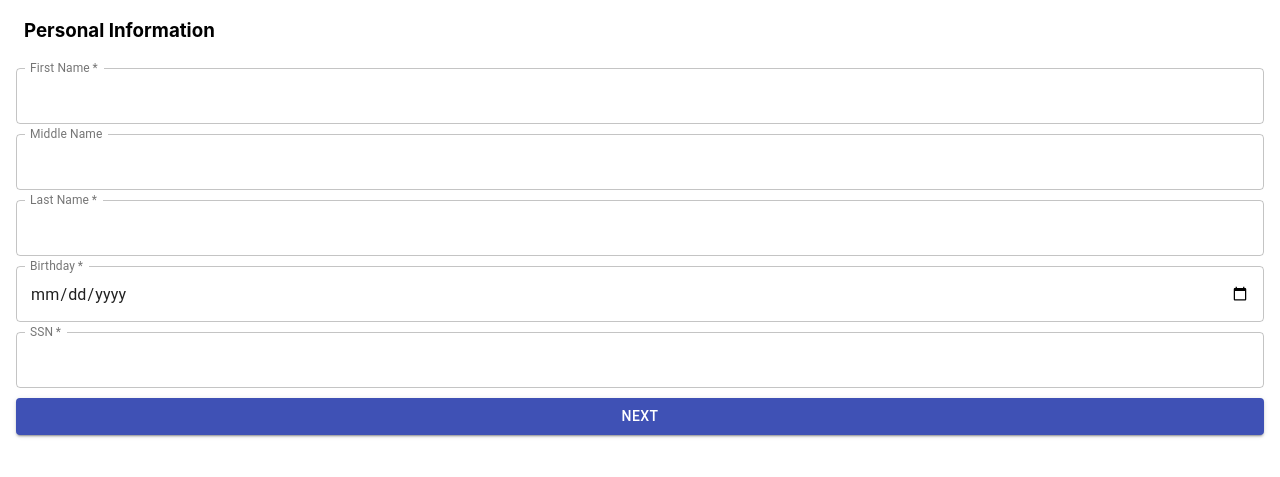
Repository: chathuraedirisingh/rr
Page: /
An editor plug-in stored every save of this project. The page is shown before and after the next save, followed by the edit.
The browser window is 1280 px wide. The pictures show the whole page.
The project was rebuilt for these pictures with package versions that can differ from the ones it lists, and the page was loaded fresh each time. Also part of the build but not shown: src/components/FormContactDetails.js, src/components/FormEmployerDetails.js, src/components/Confirm.js.

Above is the page before, as saved 2019-12-18 02:35:08.

### src/App.js
import React, { Component } from 'react'
import UserForm from './components/UserForm'

export default class App extends Component {
  render() {
    return (
      <UserForm />
    )
  }
}

### src/components/UserForm.js
import React, { Component } from 'react'
import FormPersonalDetails from './FormPersonalDetails';
import FormContactDetails from './FormContactDetails';
import FormEmployerDetails from './FormEmployerDetails';
import Confirm from './Confirm';

export default class UserForm extends Component {
    state = {
        step: 1,
        firstname: "",
        middlename: "",
        lastname: "",
        birthday: '',
        ssn: "",
        email: "",
        phone: "",
        address: "",
        city: "",
        state: "",
        zip: "",
        employed: "",
        employer_name: "",
        job_title: "",
        emp_phone: "",
        income: "",
        start_date: "",
        income_ext: ""
    };

    nextStep = () => {
        const { step } = this.state;
        this.setState({
            step: step + 1
        });
        console.log(this.state);
    };

    prevStep = () => {
        const { step } = this.state;
        this.setState({
            step: step - 1
        });
    };

    handleChange = input => e => {
        this.setState({
            [input]: e.target.value
        });
    };

    render() {
        const { step } = this.state;
        const {
            firstname,
            middlename,
            lastname,
            birthday,
            ssn,

            email,
            phone,
            address,
            city,
            state,
            zip,

            employed,
            employer_name,
            job_title,
            emp_phone,
            income,
            start_date,
            income_ext
        } = this.state;

        const values = {
            firstname,
            middlename,
            lastname,
            birthday,
            ssn,
            email,
            phone,
            address,
            city,
            state,
            zip,
            employed,
            employer_name,
            job_title,
            emp_phone,
            income,
            start_date,
            income_ext
        };

        switch (step) {
            case 1:
                return (
                    <FormPersonalDetails
                        nextStep={this.nextStep}
                        handleChange={this.handleChange}
                        values={values}
                    />
                )

            case 2:
                return (
                    <FormContactDetails
                        nextStep={this.nextStep}
                        prevStep={this.prevStep}
                        handleChange={this.handleChange}
                        values={values}
                    />
                )
            case 3:
                return (
                    <FormEmployerDetails
                        nextStep={this.nextStep}
                        prevStep={this.prevStep}
                        handleChange={this.handleChange}
                        values={values}
                    />
                )

                case 4:
                return (
                    <Confirm
                        nextStep={this.nextStep}
                        prevStep={this.prevStep}
                        handleChange={this.handleChange}
                        values={values}
                    />
                )
        }

        return (
            <div>

            </div>
        )
    }
}

### src/components/FormPersonalDetails.js
import React, { Component, Fragment, useState } from "react";
import { Button, TextField, Container, Box } from "@material-ui/core";


export default class FormPersonalDetails extends Component {
    continue = e => {
        e.preventDefault();
        this.props.nextStep();
    };

    render() {

        const { values, handleChange } = this.props;
        return (
            <Fragment>
                <div style={{ width: '100%' }}>
                    <Container >
                        <h3>Personal Information</h3>
                    </Container>

                    <Box display="flex"
                        flexDirection="column"
                        p={1} m={1}
                        bgcolor="background.paper">
                        <TextField
                            required
                            style={{ marginBottom: 10 }}
                            label="First Name"
                            variant="outlined"
                            onChange={handleChange('firstname')}
                            defaultValue={values.firstname}
                            InputLabelProps={{
                                shrink: true,
                            }} />
                        <TextField
                            style={{ marginBottom: 10 }}
                            label="Middle Name"
                            variant="outlined"
                            onChange={handleChange('middlename')}
                            defaultValue={values.firstname}
                            InputLabelProps={{
                                shrink: true,
                            }} />
                        <TextField
                            required
                            style={{ marginBottom: 10 }}
                            label="Last Name"
                            variant="outlined"
                            onChange={handleChange('lastname')}
                            defaultValue={values.firstname}
                            InputLabelProps={{
                                shrink: true,
                            }} />
                        <TextField
                            required
                            style={{ marginBottom: 10 }}
                            id="date"
                            type="date"
                            label="Birthday"
                            variant="outlined"
                            onChange={handleChange('birthday')}
                            defaultValue={values.birthday}
                            InputLabelProps={{
                                shrink: true,
                            }}
                        />

                        <TextField
                            required
                            style={{ marginBottom: 10 }}
                            label="SSN"
                            variant="outlined"
                            onChange={handleChange('ssn')}
                            defaultValue={values.ssn}
                            InputLabelProps={{
                                shrink: true,
                            }} />
                        <Button
                            style={{ marginBottom: 10 }}
                            variant="contained"
                            color="primary"
                            href="#contained-buttons"
                            onClick={this.continue} >Next</Button>
                    </Box>

                </div>
            </Fragment>
        )
    }
}

Loaded but not shown: public/index.html (common file); src/index.js (common file); src/index.css (common file); src/serviceWorker.js (common file)

After the next save:
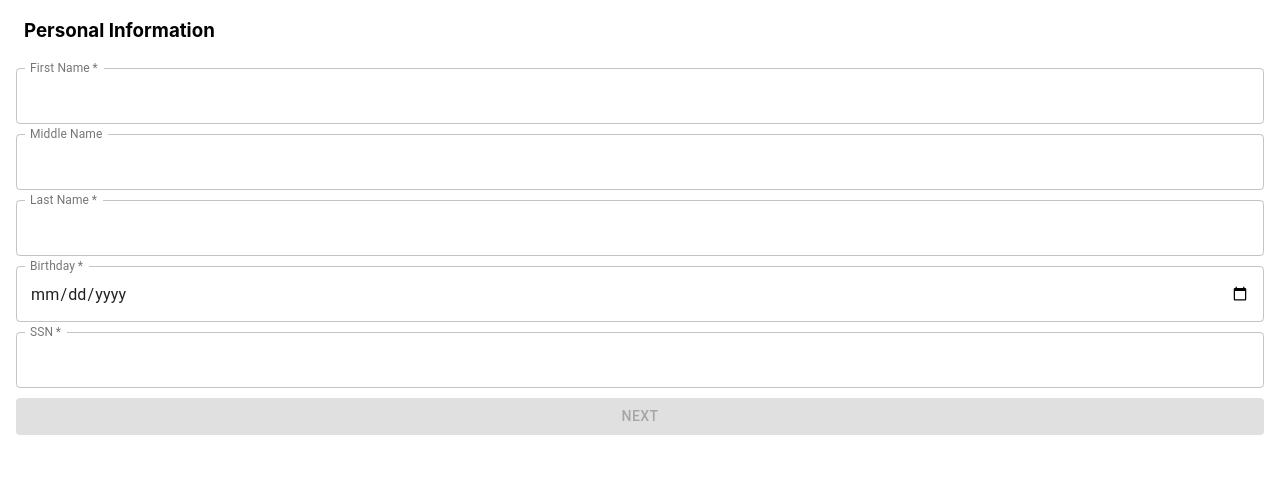
Saved 119 s later.
--- a/src/components/FormPersonalDetails.js
+++ b/src/components/FormPersonalDetails.js
@@ -76,6 +76,7 @@ export default class FormPersonalDetails extends Component {
                                 shrink: true,
                             }} />
                         <Button
+                            disabled={!values.birthday}
                             style={{ marginBottom: 10 }}
                             variant="contained"
                             color="primary"
